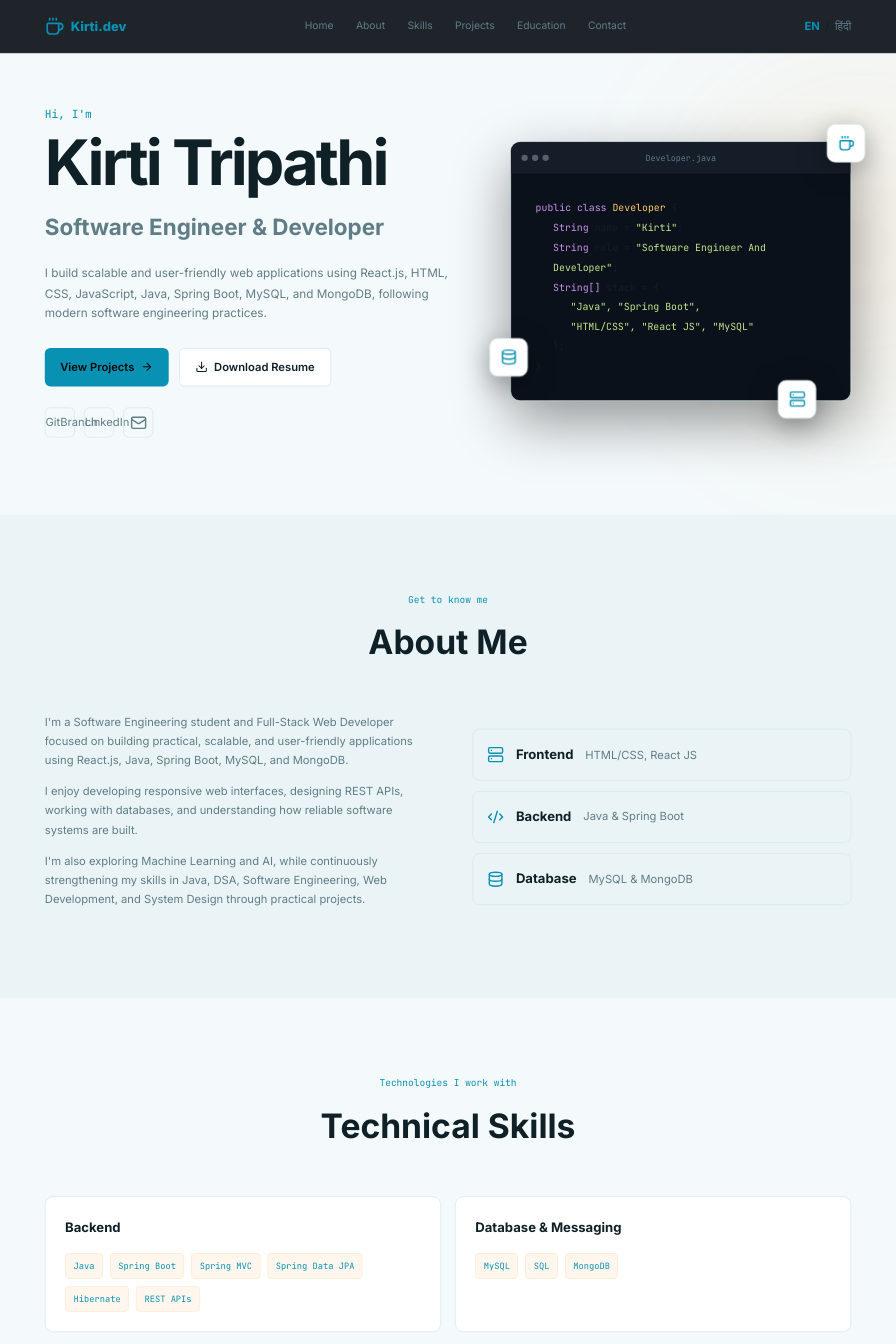
Repository: Rashi-Kirti06/En-Hi-Portfolio
Page: /
An editor plug-in stored every save of this project. The page is shown before and after a run of saves, followed by the edit.
The browser window is 1280 px wide. The pictures show the part of the page from y = 0 to 1920 px (the page is 4993 px tall), at 70% of full size.
The project was rebuilt for these pictures with package versions that can differ from the ones it lists, and the page was loaded fresh each time. Also part of the build but not shown: vite.config.js.

Above is the page before, as saved 2026-09-06 16:51:33.

### index.html
<!doctype html>

<html lang="en">

<head>

  <meta charset="UTF-8" />

  <meta
    name="viewport"
    content="width=device-width, initial-scale=1.0"
  />

  <meta
    name="description"
    content="Kirti Tripathi - Java and Spring Boot Backend Developer portfolio."
  />

  <meta
    name="keywords"
    content="Java Developer, Spring Boot Developer, Backend Developer, Java Portfolio"
  />

  <meta name="author" content="Kirti Tripathi" />

  <title>
    Kirti Tripathi | Java Backend Developer
  </title>

</head>

<body>

  <div id="root"></div>

  <script
    type="module"
    src="/src/main.jsx"
  ></script>

</body>

</html>

### src/index.css
@import url("https://fonts.googleapis.com/css2?family=Inter:wght@400;500;600;700;800&family=JetBrains+Mono:wght@400;500;600&display=swap");

:root {
  /* --background: #080d14;
  --background-secondary: #0d141e;
  --card: #111a26;
  --card-hover: #162231;

  --text: #f4f7fb;
  --text-muted: #9ba9ba;

  --primary: #f89820;
  --primary-hover: #ffad42;

  --green: #58d68d;

  --border: #233142; */

  /* --background: #07111f;
--background-secondary: #0b1728;
--card: #101d2f;
--card-hover: #152840;
--text: #f1f5f9;
--text-muted: #94a3b8;
--primary: #22d3ee;
--primary-hover: #06b6d4;
--green: #34d399;
--border: #1e344d; */

/* --background: #0c0914;
--background-secondary: #130f1f;
--card: #1a1428;
--card-hover: #241b36;
--text: #f5f3ff;
--text-muted: #aaa3bb;
--primary: #a78bfa;
--primary-hover: #8b5cf6;
--green: #6ee7b7;
--border: #302544; */

/* --background: #07121a;
--background-secondary: #0b1c26;
--card: #102530;
--card-hover: #16323f;
--text: #f0fdf4;
--text-muted: #91a7ad;
--primary: #34d399;
--primary-hover: #10b981;
--green: #6ee7b7;
--border: #1d3b46; */

/* --background: #070b14;
--background-secondary: #0c1220;
--card: #111a2b;
--card-hover: #17243a;
--text: #f8fafc;
--text-muted: #94a3b8;
--primary: #3b82f6;
--primary-hover: #60a5fa;
--green: #4ade80;
--border: #223452; */

/* --background: #0e0b10;
--background-secondary: #171219;
--card: #201820;
--card-hover: #2a202a;
--text: #faf5f9;
--text-muted: #a99da6;
--primary: #f472b6;
--primary-hover: #ec4899;
--green: #86efac;
--border: #382b37; */

/* --background: #0a0f14;
--background-secondary: #101820;
--card: #17212b;
--card-hover: #1d2b37;
--text: #f8fafc;
--text-muted: #9aa8b5;
--primary: #fbbf24;
--primary-hover: #f59e0b;
--green: #4ade80;
--border: #293946; */

/* --background: #f8fafc;
--background-secondary: #f1f5f9;
--card: #ffffff;
--card-hover: #f8fafc;
--text: #0f172a;
--text-muted: #64748b;
--primary: #2563eb;
--primary-hover: #1d4ed8;
--green: #16a34a;
--border: #e2e8f0; */

--background: #f4f9fb;
--background-secondary: #eaf4f7;
--card: #ffffff;
--card-hover: #f2fbfd;
--text: #102027;
--text-muted: #607d86;
--primary: #0891b2;
--primary-hover: #0e7490;
--green: #059669;
--border: #d5e5e9;



  --max-width: 1180px;

  --transition: 0.3s ease;
}

* {
  margin: 0;
  padding: 0;
  box-sizing: border-box;
}

html {
  scroll-behavior: smooth;
  scroll-padding-top: 80px;
}

body {
  font-family: "Inter", sans-serif;
  background: var(--background);
  color: var(--text);
  line-height: 1.7;
  overflow-x: hidden;
}

a {
  color: inherit;
  text-decoration: none;
}

button {
  font: inherit;
}

.container {
  width: min(90%, var(--max-width));
  margin-inline: auto;
}

.section {
  padding: 110px 0;
}

.alt-section {
  background: var(--background-secondary);
}

/* ==========================
   Navbar
========================== */

.navbar {
  position: fixed;
  width: 100%;
  top: 0;
  z-index: 1000;

  background: rgba(8, 13, 20, 0.9);
  backdrop-filter: blur(15px);

  border-bottom: 1px solid rgba(255,255,255,0.06);
}

.nav-container {
  height: 75px;

  display: flex;
  align-items: center;
  justify-content: space-between;
}

.logo {
  display: flex;
  align-items: center;
  gap: 9px;

  font-weight: 800;
  font-size: 1.15rem;

  color: var(--primary);
}

.nav-links {
  display: flex;
  align-items: center;
  gap: 32px;
}

.nav-links a {
  color: var(--text-muted);
  font-size: 0.92rem;
  transition: var(--transition);
}

.nav-links a:hover {
  color: var(--primary);
}

.nav-actions {
  display: flex;
  align-items: center;
  gap: 20px;
}

.language-switcher,
.language-mobile {
  display: flex;
  align-items: center;
  gap: 8px;
}

.language-switcher button,
.language-mobile button {
  border: none;
  background: transparent;
  color: var(--text-muted);
  cursor: pointer;
}

.lang-active {
  color: var(--primary) !important;
  font-weight: 700;
}

.mobile-menu {
  border: 0;
  background: transparent;
  color: white;
  cursor: pointer;
  display: none;
}

.language-mobile {
  display: none;
}

/* ==========================
   Hero
========================== */

.hero {
  min-height: 100vh;

  display: flex;
  align-items: center;

  padding-top: 150px;

  position: relative;
  overflow: hidden;
}

.hero::before {
  content: "";

  position: absolute;

  width: 500px;
  height: 500px;

  background: rgba(248, 152, 32, 0.08);

  border-radius: 50%;

  filter: blur(100px);

  top: 100px;
  right: -200px;

  pointer-events: none;
}

.hero-grid {
  display: grid;
  grid-template-columns: 1.1fr 0.9fr;
  gap: 70px;

  align-items: center;
}

.availability {
  display: inline-flex;
  align-items: center;
  gap: 9px;

  padding: 8px 14px;

  border: 1px solid var(--border);
  border-radius: 100px;

  color: var(--text-muted);

  font-size: 0.8rem;

  margin-bottom: 25px;

  background: rgba(255,255,255,0.02);
}

.availability-dot {
  width: 8px;
  height: 8px;

  border-radius: 50%;

  background: var(--green);

  box-shadow:
    0 0 10px var(--green);
}

.hero-greeting {
  color: var(--primary);

  font-family:
    "JetBrains Mono",
    monospace;

  font-size: 1rem;

  margin-bottom: 10px;
}

.hero h1 {
  font-size: clamp(
    3rem,
    7vw,
    5.7rem
  );

  line-height: 1;

  letter-spacing: -4px;

  margin-bottom: 20px;
}

.hero h2 {
  font-size: clamp(
    1.4rem,
    3vw,
    2rem
  );

  color: var(--text-muted);

  margin-bottom: 25px;
}

.hero-description {
  color: var(--text-muted);

  max-width: 650px;

  font-size: 1.05rem;

  margin-bottom: 35px;
}

.hero-buttons {
  display: flex;
  flex-wrap: wrap;
  gap: 15px;

  margin-bottom: 30px;
}

/* Buttons */

.btn {
  display: inline-flex;

  align-items: center;

  justify-content: center;

  gap: 9px;

  padding: 13px 22px;

  border-radius: 8px;

  font-weight: 600;

  transition: var(--transition);
}

.btn-primary {
  background: var(--primary);
  color: #090909;
}

.btn-primary:hover {
  background: var(--primary-hover);

  transform:
    translateY(-3px);
}

.btn-secondary {
  border:
    1px solid var(--border);

  background: var(--card);
}

.btn-secondary:hover {
  border-color:
    var(--primary);

  transform:
    translateY(-3px);
}

/* Social */

.social-links {
  display: flex;
  gap: 13px;
}

.social-links a {
  width: 43px;
  height: 43px;

  display: grid;
  place-items: center;

  border: 1px solid var(--border);

  border-radius: 8px;

  color: var(--text-muted);

  transition: var(--transition);
}

.social-links a:hover {
  color: var(--primary);

  border-color:
    var(--primary);

  transform:
    translateY(-3px);
}

/* Code card */

.hero-visual {
  position: relative;
}

.developer-card {
  border:
    1px solid var(--border);

  border-radius: 14px;

  overflow: hidden;

  background: #0b111a;

  box-shadow:
    0 30px 80px rgba(0,0,0,0.4);
}

.terminal-header {
  height: 45px;

  display: flex;
  align-items: center;

  padding: 0 15px;

  background: #151d28;

  color: var(--text-muted);

  font-size: 0.75rem;

  font-family:
    "JetBrains Mono",
    monospace;

  position: relative;
}

.terminal-header > span {
  position: absolute;
  left: 50%;

  transform:
    translateX(-50%);
}

.terminal-dots {
  display: flex;
  gap: 6px;
}

.terminal-dots span {
  width: 9px;
  height: 9px;

  border-radius: 50%;

  background: #56606c;
}

.code-window {
  padding: 35px;

  font-family:
    "JetBrains Mono",
    monospace;

  font-size: 0.88rem;

  line-height: 2;

  overflow-x: auto;
}

.code-purple {
  color: #c792ea;
}

.code-yellow {
  color: #ffcb6b;
}

.code-green {
  color: #c3e88d;
}

.indent {
  padding-left: 25px;
}

.indent-two {
  padding-left: 50px;
}

.floating-icon {
  width: 55px;
  height: 55px;

  border-radius: 12px;

  display: grid;
  place-items: center;

  position: absolute;

  color: var(--primary);

  background: var(--card);

  border:
    1px solid var(--border);

  box-shadow:
    0 10px 40px rgba(0,0,0,.35);

  animation:
    floating 4s ease-in-out infinite;
}

.icon-java {
  top: -25px;
  right: -20px;
}

.icon-db {
  bottom: 35px;
  left: -30px;

  animation-delay: 1s;
}

.icon-server {
  bottom: -25px;
  right: 50px;

  animation-delay: 2s;
}

@keyframes floating {
  0%, 100% {
    transform:
      translateY(0);
  }

  50% {
    transform:
      translateY(-10px);
  }
}

/* ==========================
   Section Headings
========================== */

.section-heading {
  text-align: center;

  margin-bottom: 60px;
}

.section-heading p {
  color: var(--primary);

  font-family:
    "JetBrains Mono",
    monospace;

  font-size: 0.85rem;

  margin-bottom: 8px;
}

.section-heading h2 {
  font-size:
    clamp(
      2rem,
      4vw,
      3rem
    );
}

/* ==========================
   About
========================== */

.about-grid {
  display: grid;

  grid-template-columns:
    1fr 1fr;

  gap: 70px;

  align-items: center;
}

.about-text p {
  color: var(--text-muted);

  margin-bottom: 18px;
}

.about-cards {
  display: grid;
  gap: 15px;
}

.mini-card {
  padding: 20px;

  border: 1px solid var(--border);

  border-radius: 10px;

  display: flex;

  align-items: center;

  gap: 17px;

  transition:
    var(--transition);
}

.mini-card:hover {
  border-color:
    var(--primary);

  transform:
    translateX(7px);
}

.mini-card svg {
  color: var(--primary);
}

.mini-card p {
  color:
    var(--text-muted);
}

/* ==========================
   Skills
========================== */

.skills-grid {
  display: grid;

  grid-template-columns:
    repeat(2, 1fr);

  gap: 20px;
}

.skill-card {
  padding: 28px;

  background: var(--card);

  border:
    1px solid var(--border);

  border-radius: 12px;

  transition:
    var(--transition);
}

.skill-card:hover {
  border-color:
    rgba(248,152,32,.55);

  transform:
    translateY(-4px);
}

.skill-card h3 {
  margin-bottom: 20px;
}

.skill-tags {
  display: flex;

  flex-wrap: wrap;

  gap: 10px;
}

.skill-tags span,
.project-tech span {
  padding: 7px 11px;

  border-radius: 6px;

  background:
    rgba(248,152,32,.08);

  border:
    1px solid rgba(248,152,32,.16);

  color:
    var(--primary);

  font-size:
    .78rem;

  font-family:
    "JetBrains Mono",
    monospace;
}

/* ==========================
   Projects
========================== */

.projects-grid {
  display: grid;

  grid-template-columns:
    repeat(3, 1fr);

  gap: 20px;
}

.project-card {
  background: var(--card);

  border:
    1px solid var(--border);

  border-radius: 12px;

  padding: 30px;

  display: flex;
  flex-direction: column;

  transition:
    var(--transition);

  position: relative;

  overflow: hidden;
}

.project-card::before {
  content: "";

  position: absolute;

  width: 130px;
  height: 130px;

  background:
    rgba(248,152,32,.07);

  border-radius: 50%;

  top: -70px;
  right: -50px;

  filter: blur(20px);
}

.project-card:hover {
  transform:
    translateY(-7px);

  border-color:
    rgba(248,152,32,.5);
}

.project-number {
  color:
    var(--primary);

  font-family:
    "JetBrains Mono",
    monospace;

  margin-bottom:
    15px;
}

.project-card h3 {
  font-size:
    1.35rem;

  margin-bottom:
    15px;
}

.project-card > p {
  color:
    var(--text-muted);

  margin-bottom:
    20px;

  flex-grow: 1;
}

.project-tech {
  display: flex;

  flex-wrap: wrap;

  gap: 7px;

  margin-bottom:
    25px;
}

.project-actions {
  display: flex;

  gap: 18px;

  flex-wrap: wrap;
}

.project-actions a {
  display: flex;

  align-items: center;

  gap: 7px;

  color:
    var(--text-muted);

  font-size:
    .85rem;

  transition:
    var(--transition);
}

.project-actions a:hover {
  color:
    var(--primary);
}

/* ==========================
   Learning
========================== */

.learning-description {
  color:
    var(--text-muted);

  text-align: center;

  max-width:
    650px;

  margin:
    -30px auto
    45px;
}

.learning-grid {
  display: grid;

  grid-template-columns:
    repeat(3,1fr);

  gap: 15px;
}

.learning-card {
  border:
    1px solid var(--border);

  background:
    var(--card);

  border-radius:
    10px;

  padding:
    20px;

  display:
    flex;

  gap: 15px;

  align-items:
    center;
}

.learning-card span {
  display:
    grid;

  place-items:
    center;

  width:
    34px;

  height:
    34px;

  border-radius:
    7px;

  color:
    var(--primary);

  background:
    rgba(248,152,32,.1);

  font-family:
    "JetBrains Mono",
    monospace;
}

/* ==========================
   Education
========================== */

.education-card {
  max-width:
    700px;

  margin:
    auto;

  padding:
    30px;

  display:
    flex;

  gap:
    22px;

  background:
    var(--card);

  border:
    1px solid
    var(--border);

  border-radius:
    12px;
}

.education-icon {
  width:
    60px;

  height:
    60px;

  flex-shrink: 0;

  display:
    grid;

  place-items:
    center;

  border-radius:
    10px;

  color:
    var(--primary);

  background:
    rgba(248,152,32,.1);
}

.education-card h4 {
  color:
    var(--primary);

  margin:
    4px 0;
}

.education-card p,
.education-card span {
  color:
    var(--text-muted);
}

/* ==========================
   Contact
========================== */

.contact-box {
  text-align:
    center;

  max-width:
    800px;

  margin:
    auto;
}

.contact-box > p {
  color:
    var(--text-muted);

  max-width:
    600px;

  margin:
    0 auto 40px;
}

.contact-links {
  display:
    grid;

  grid-template-columns:
    repeat(3,1fr);

  gap:
    15px;
}

.contact-card {
  padding:
    24px;

  display:
    flex;

  flex-direction:
    column;

  gap:
    12px;

  align-items:
    center;

  border:
    1px solid var(--border);

  background:
    var(--card);

  border-radius:
    10px;

  transition:
    var(--transition);
}

.contact-card svg {
  color:
    var(--primary);
}

.contact-card:hover {
  border-color:
    var(--primary);

  transform:
    translateY(-5px);
}

/* ==========================
   Footer
========================== */

.footer {
  border-top:
    1px solid var(--border);

  padding:
    30px 0;
}

.footer-content {
  display:
    flex;

  justify-content:
    space-between;

  align-items:
    center;

  gap:
    20px;

  color:
    var(--text-muted);

  font-size:
    .8rem;
}

.footer-logo {
  display:
    flex;

  align-items:
    center;

  gap:
    8px;

  color:
    var(--primary);

  font-weight:
    700;
}

/* ==========================
   Tablet
========================== */

@media (max-width: 950px) {

  .hero-grid {
    grid-template-columns:
      1fr;
  }

  .hero-content {
    text-align:
      center;
  }

  .availability {
    margin-inline:
      auto;
  }

  .hero-description {
    margin-inline:
      auto;
  }

  .hero-buttons,
  .social-links {
    justify-content:
      center;
  }

  .hero-visual {
    max-width:
      600px;

    margin:
      40px auto 0;
  }

  .projects-grid {
    grid-template-columns:
      repeat(2,1fr);
  }

  .about-grid {
    grid-template-columns:
      1fr;
  }
}

/* ==========================
   Mobile Navigation
========================== */

@media (max-width: 760px) {

  .section {
    padding:
      80px 0;
  }

  .mobile-menu {
    display:
      block;
  }

  .language-switcher {
    display:
      none;
  }

  .nav-links {
    position:
      fixed;

    top:
      75px;

    left:
      0;

    width:
      100%;

    background:
      #0d141e;

    flex-direction:
      column;

    align-items:
      center;

    padding:
      35px;

    border-bottom:
      1px solid
      var(--border);

    transform:
      translateY(-150%);

    opacity:
      0;

    transition:
      .35s ease;
  }

  .nav-links.active {
    transform:
      translateY(0);

    opacity:
      1;
  }

  .language-mobile {
    display:
      flex;

    margin-top:
      10px;
  }

  .hero {
    padding-top:
      120px;
  }

  .hero h1 {
    letter-spacing:
      -2px;
  }

  .skills-grid,
  .projects-grid,
  .learning-grid,
  .contact-links {
    grid-template-columns:
      1fr;
  }

  .floating-icon {
    display:
      none;
  }

  .education-card {
    flex-direction:
      column;
  }

  .footer-content {
    flex-direction:
      column;

    text-align:
      center;
  }

}

/* ==========================
   Small Phones
========================== */

@media (max-width: 480px) {

  .hero-buttons {
    flex-direction:
      column;
  }

  .btn {
    width:
      100%;
  }

  .code-window {
    padding:
      22px 15px;

    font-size:
      .72rem;
  }

}

### src/App.jsx
import { useState } from "react";

import Navbar from "./components/Navbar";
import Hero from "./components/Hero";
import About from "./components/About";
import Skills from "./components/Skills";
import Projects from "./components/Projects";
import Learning from "./components/Learning";
import Education from "./components/Education";
import Contact from "./components/Contact";
import Footer from "./components/Footer";

function App() {
  const [language, setLanguage] = useState("en");

  return (
    <>
      <Navbar language={language} setLanguage={setLanguage} />

      <main>
        <Hero language={language} />
        <About language={language} />
        <Skills language={language} />
        <Projects language={language} />
        <Learning language={language} />
        <Education language={language} />
        <Contact language={language} />
      </main>

      <Footer language={language} />
    </>
  );
}

export default App;

### src/components/Learning.jsx
import { motion } from "framer-motion";
import SectionTitle from "./SectionTitle";
import { translations } from "../data/translations";

const technologies = [
  "Advanced Java",
  "Microservices",
  "System Design",
  "Docker",
  "Spring Security",
  "Cloud",
];

function Learning({ language }) {
  const t = translations[language].learning;

  return (
    <section className="section">
      <div className="container">

        <SectionTitle
          subtitle={t.subtitle}
          title={t.title}
        />

        <p className="learning-description">
          {t.description}
        </p>

        <div className="learning-grid">

          {technologies.map((technology, index) => (

            <motion.div
              className="learning-card"
              key={technology}
              initial={{
                opacity: 0,
                scale: 0.9,
              }}
              whileInView={{
                opacity: 1,
                scale: 1,
              }}
              viewport={{ once: true }}
              transition={{
                delay: index * 0.08,
              }}
            >
              <span>{index + 1}</span>
              {technology}
            </motion.div>

          ))}

        </div>

      </div>
    </section>
  );
}

export default Learning;

### src/components/Education.jsx
import { GraduationCap } from "lucide-react";
import SectionTitle from "./SectionTitle";
import { translations } from "../data/translations";

function Education({ language }) {
  const t = translations[language].education;

  return (
    <section
      id="education"
      className="section alt-section"
    >
      <div className="container">

        <SectionTitle
          subtitle={t.subtitle}
          title={t.title}
        />

        <div className="education-card">

          <div className="education-icon">
            <GraduationCap size={34} />
          </div>

          <div>
            <h3>{t.degree}</h3>

            <h4>{t.course}</h4>

            <p>{t.college}</p>

            <span>{t.year}</span>
          </div>

        </div>

      </div>
    </section>
  );
}

export default Education;

### src/components/Contact.jsx
import {
  Mail,
} from "lucide-react";

import SectionTitle from "./SectionTitle";
import { translations } from "../data/translations";

function Contact({ language }) {
  const t = translations[language].contact;

  return (
    <section id="contact" className="section">
      <div className="container">

        <SectionTitle
          subtitle={t.subtitle}
          title={t.title}
        />

        <div className="contact-box">

          <p>{t.description}</p>

          <div className="contact-links">

            <a
              href="mailto:your-email@example.com"
              className="contact-card"
            >
              <Mail />
              <span>{t.email}</span>
            </a>

            <a
              href="https://linkedin.com/in/YOUR_USERNAME"
              target="_blank"
              rel="noreferrer"
              className="contact-card"
            >
              Linkedin
              <span>{t.linkedin}</span>
            </a>

            <a
              href="https://github.com/YOUR_USERNAME"
              target="_blank"
              rel="noreferrer"
              className="contact-card"
            >
              Github
              <span>{t.github}</span>
            </a>

          </div>

        </div>

      </div>
    </section>
  );
}

export default Contact;

### src/components/Footer.jsx
import { Coffee } from "lucide-react";
import { translations } from "../data/translations";

function Footer({ language }) {
  const t = translations[language].footer;

  return (
    <footer className="footer">
      <div className="container footer-content">

        <div className="footer-logo">
          <Coffee size={22} />
          Kirti.dev
        </div>

        <p>
          © {new Date().getFullYear()} Kirti Tripathi
        </p>

        <p>{t.text}</p>

      </div>
    </footer>
  );
}

export default Footer;

### src/components/SectionTitle.jsx
function SectionTitle({ subtitle, title }) {
  return (
    <div className="section-heading">
      <p>{subtitle}</p>
      <h2>{title}</h2>
    </div>
  );
}

export default SectionTitle;

Loaded but not shown: src/main.jsx (common file); src/data/translations.jsx (151 lines, source omitted); src/components/Hero.jsx (169 lines, source omitted); src/components/Projects.jsx (165 lines, source omitted); src/components/Navbar.jsx (93 lines, source omitted); src/components/Skills.jsx (96 lines, source omitted); src/components/About.jsx (61 lines, source omitted)

After the next 3 saves:
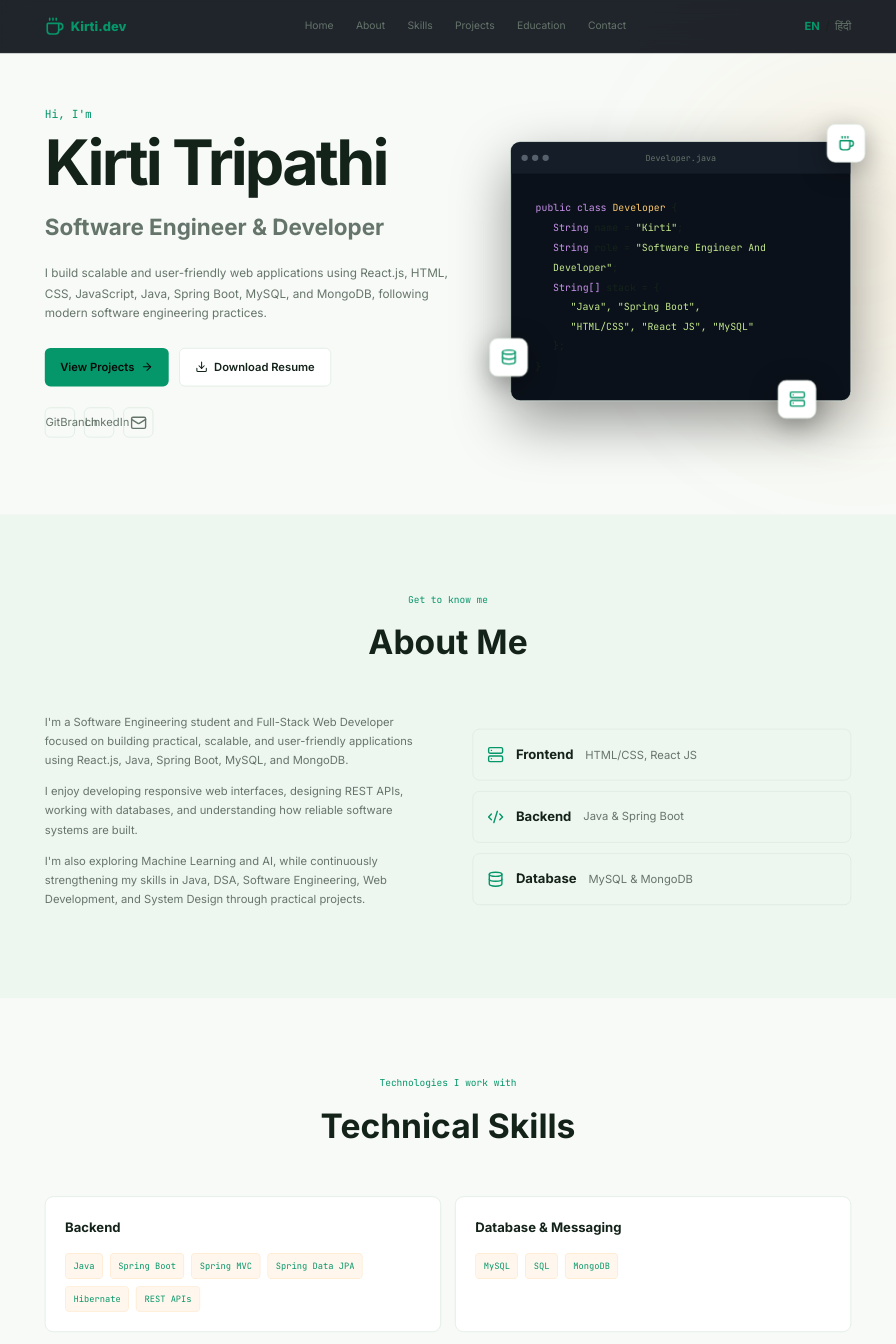
The 3 saves are shown as one change because they came seconds apart.
The last was saved 58 s later.
--- a/src/index.css
+++ b/src/index.css
@@ -93,7 +93,7 @@
 --green: #16a34a;
 --border: #e2e8f0; */
 
---background: #f4f9fb;
+/* --background: #f4f9fb;
 --background-secondary: #eaf4f7;
 --card: #ffffff;
 --card-hover: #f2fbfd;
@@ -102,7 +102,18 @@
 --primary: #0891b2;
 --primary-hover: #0e7490;
 --green: #059669;
---border: #d5e5e9;
+--border: #d5e5e9; */
+
+--background: #f7faf7;
+--background-secondary: #eef6f0;
+--card: #ffffff;
+--card-hover: #f4faf5;
+--text: #14231a;
+--text-muted: #66756b;
+--primary: #059669;
+--primary-hover: #047857;
+--green: #16a34a;
+--border: #dce9df;
 
 
 
